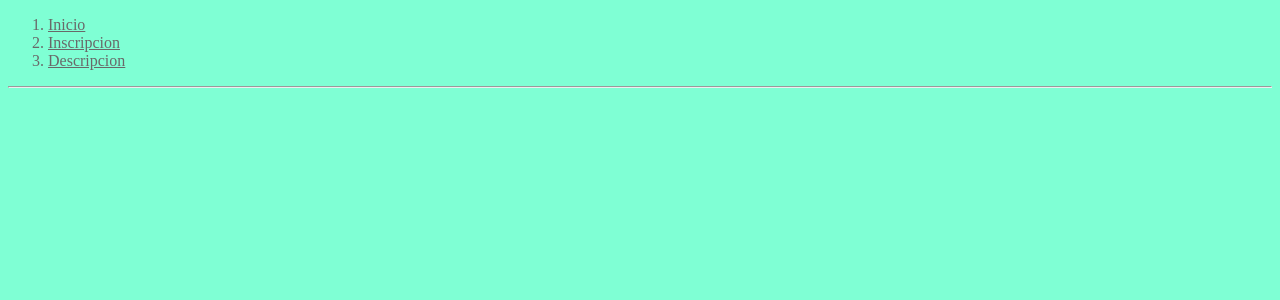
Repository: Arito05/Mi-primer-Repositorio
Page: nuevo/zdescripcion.html
An editor plug-in stored every save of this project. The page is shown before and after the next save, followed by the edit.
The browser window is 1280 px wide. The pictures show the whole page.

Above is the page before, as saved 2024-07-20 11:29:27.

### nuevo/zdescripcion.html
<!DOCTYPE html>
<html lang="en">
  <head>
    <meta charset="UTF-8" />
    <meta name="viewport" content="width=device-width, initial-scale=1.0" />
    <title>Document</title>
     <style>
      body {
        background-color: aquamarine;
    </style>
  </head>
  <body>
    <ol style="color: dimgrey">
      <li><a href="inicio.html" style="color: dimgrey">Inicio</a></li>
      <li><a href="inscripcion.html" style="color: dimgrey">Inscripcion</a></li>
      <li>
        <a href="zdescripcion.html" style="color: dimgrey">Descripcion</a>
      </li>
    </ol>
    <hr style="color: white" />
  </body>
</html>

After the next save:
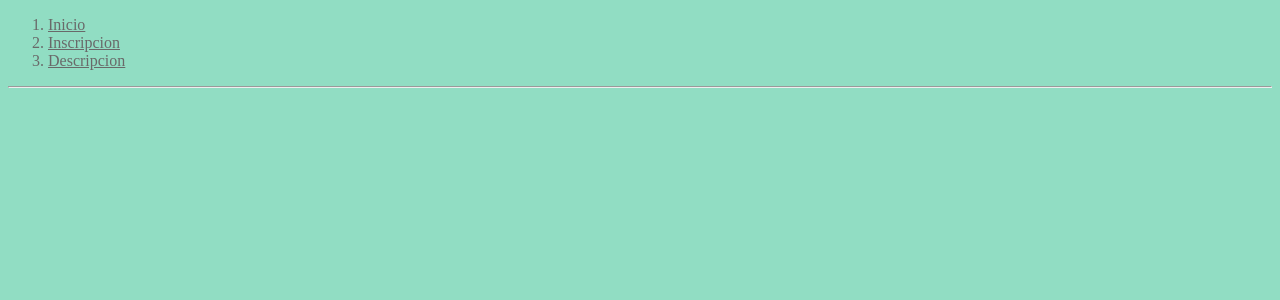
Saved 16 s later.
--- a/nuevo/zdescripcion.html
+++ b/nuevo/zdescripcion.html
@@ -6,7 +6,7 @@
     <title>Document</title>
      <style>
       body {
-        background-color: aquamarine;
+        background-color: rgb(145, 221, 195);
     </style>
   </head>
   <body>
